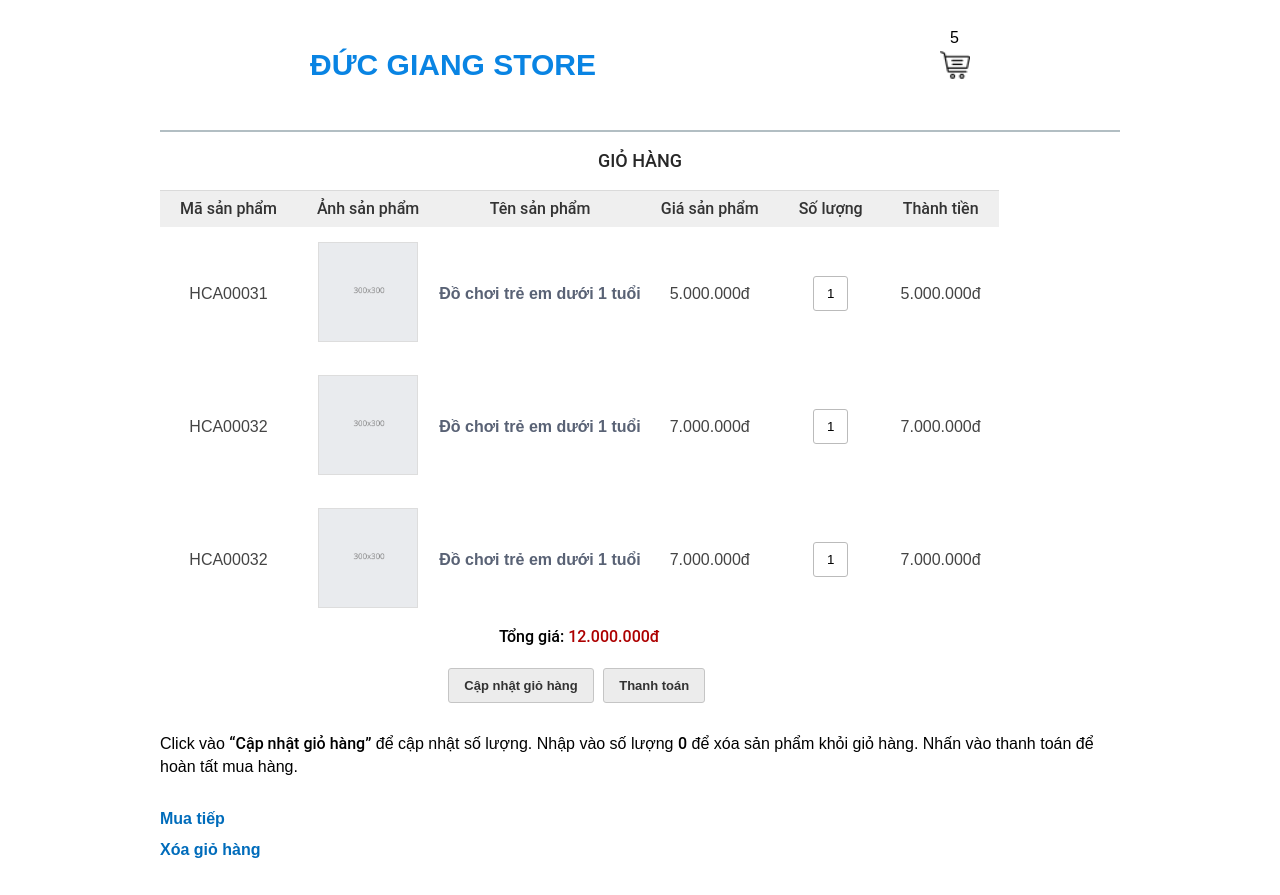
Repository: Giangattt123/PHP
Page: http://localhost/?mod=cart&act=show
An editor plug-in stored every save of this project. The page is shown before and after the next save, followed by the edit.
The browser window is 1280 px wide. The pictures show the whole page.
Some icons come from a web library that is not loaded, so they are not drawn. Some web libraries are served in a nearby version. The page is run by PHP 8.4 with error messages shown; the project is at /var/www/html/.

Above is the page before, as saved 2023-03-22 09:50:49.
Console error: TypeError: Cannot read properties of null (reading 'addEventListener')

### PHP_Shopping-Cart/Shopping_Cart/index.php
<?php
    session_start();
    ob_start();
    require 'data/page.php';
    require 'data/product.php';
    require 'lib/template.php';
    require 'lib/url.php';
    require 'lib/product.php';
    require 'lib/number.php';
    require 'lib/reuse.php';
    require 'lib/pages.php';
    require 'lib/cart.php';

    get_header();
?>
<?php
    $mod = !empty($_GET['mod']) ? $_GET['mod'] : 'home';
    $act = !empty($_GET['act']) ? $_GET['act'] : 'main';
    $path = "modules/{$mod}/{$act}.php";
    if(file_exists($path)){
        require $path;
    }else{

    }
?>
<?php

?>

### PHP_Shopping-Cart/Shopping_Cart/data/page.php
<?php
// Data page
$list_page = array(
    1 => array(
        'id' => 1,
        'page-title' => 'Giới thiệu',
        'create_at' => '08/03/2023' , // timestamp
        'page-content' =>"<p><strong> [Giới thiệu] </strong> Chào mừng đến với trang web bán laptop, PC của ĐỨC GIANG PC! Tại đây, chúng tôi cung cấp cho bạn một loạt các sản phẩm laptop PC chất lượng cao từ các thương hiệu hàng đầu trên thị trường. Chúng tôi cam kết mang đến cho bạn những sản phẩm chất lượng, giá cả hợp lý và dịch vụ chăm sóc khách hàng tốt nhất. Bạn có thể tìm thấy các sản phẩm từ các thương hiệu như Dell, HP, Asus, Lenovo và nhiều hơn nữa. Hãy truy cập trang web của chúng tôi và mua sắm ngay hôm nay để có được chiếc laptop PC tốt nhất cho nhu cầu của bạn. Cảm ơn đã ghé thăm trang web của chúng tôi!</p>"
    ),
    2 => array(
        'id' => 2,
        'page-title' => 'Liên hệ',
        'create_at' => '08/03/2023' , // timestamp
        'page-content' =>"<p><strong> [Liên hệ] </strong> Chúng tôi rất mong nhận được sự phản hồi từ bạn! Nếu bạn có bất kỳ câu hỏi, yêu cầu hoặc góp ý nào, xin vui lòng liên hệ với chúng tôi thông qua trang liên hệ của ĐỨC GIANG PC. Chúng tôi sẵn sàng trợ giúp bạn trong mọi vấn đề liên quan đến sản phẩm. Bạn có thể liên hệ với chúng tôi qua email, điện thoại hoặc mẫu liên hệ trực tuyến. Chúng tôi luôn sẵn sàng lắng nghe và giải quyết mọi thắc mắc của bạn, liên tục cải thiện trang web của mình và cung cấp cho bạn trải nghiệm tốt nhất có thể. Chân thành cảm ơn bạn đã quan tâm đến trang web của ĐỨC GIANG PC và hy vọng sớm nhận được thông tin từ bạn!</p>",
    )
)
?>

### PHP_Shopping-Cart/Shopping_Cart/lib/template.php
<?php
function get_header($version = ''){
    if(!empty($version)){
        $path_header = "inc/header-{$version}.php";
    }else{
        $path_header = "inc/header.php";
    }
    if(file_exists($path_header)){
        require $path_header;
    }else{
        echo "Không tồn tại đường dẫn {$path_header}";
    }
}
function get_footer($version = ''){
    if(!empty($version)){
        $path_footer = "inc/footer-{$version}.php";
    }else{
        $path_footer = "inc/footer.php";
    }
    if(file_exists($path_footer)){
        require $path_footer;
    }else{
        echo "Không tồn tại đường dẫn {$path_footer}";
    }

}
function get_sidebar(){
    require 'inc/sidebar.php';
}
?>

### PHP_Shopping-Cart/Shopping_Cart/lib/url.php
<?php
    function redirect($url = '?page=home'){
        if(!empty($url)){
            header("Location: {$url}");
        }
    }
?>

### PHP_Shopping-Cart/Shopping_Cart/lib/product.php
<?php
    function get_info_cat($cat_id){
        global $list_product_cat;
        if(array_key_exists($cat_id , $list_product_cat)){
            return $list_product_cat[$cat_id];
        }
        return false;
    }
    function get_list_product_by_cat_id($cat_id){
        global $list_product;
        // Mảng chứa ds sp theo cat_id
        $result = array();
        foreach($list_product as $item){
            if($item['cat_id'] == $cat_id){
                $item['url'] = "?mod=product&act=detail&id={$item['id']}";
                $result[] = $item;
            }
        }
        return $result;
    }
    function get_product_by_id($id){
        global $list_product;
        if(array_key_exists($id , $list_product)){
            $list_product[$id]['url_add_cart'] = "?mod=cart&act=add&id={$id}";
            return $list_product[$id];
        }
        return false;
    }
?>

### PHP_Shopping-Cart/Shopping_Cart/lib/number.php
<?php
// Viết hàm chuyển đổi giá tiền của một sản phẩm về đúng định dạng
// Tự xây dựng hàm và sử dụng hàm có sẵn
// Ví dụ 10450000 => 10.450.000
// Build-in function : number_format(number)
// return number_format($number).' '."VND";
// Build
    function currency_format_1($amount){
        $formattedAmount = "";
        $count = 0;
        while($amount > 0) {
            if($count == 3) {
                $formattedAmount = "," . $formattedAmount;
                $count = 0;
            }
            $formattedAmount = chr($amount % 10 + ord('0')) . $formattedAmount;
            $amount =  floor($amount / 10);
            $count++;
        }
        return (int) $formattedAmount;
        // Giang_Pentest
    }
    function currency_format($number){
        return number_format($number).' '."VND";
    }
    //echo currency_format_1();
    // $x = 1500000;
    // echo var_dump($x);
    // $x = 1234;
    // echo var_dump($x);
    // $y = $x / 10;
    // echo $y;
    // echo var_dump($y);
    // function currency_format($number){
    //     return number_format($number).' '."VND";
    // }

?>

### PHP_Shopping-Cart/Shopping_Cart/lib/reuse.php
<?php
     function show_array($data){
        if(is_array($data)){
            echo "<pre>";
            print_r($data);
            echo "</pre>";
        }
    }
?>

### PHP_Shopping-Cart/Shopping_Cart/lib/pages.php
<?php
    function get_page_by_id($id){
        global $list_page;
        if(array_key_exists($id , $list_page)){
            return $list_page[$id];
        }
        return false;
    }

    // function show_array($data){
    //     if(is_array($data)){
    //         echo "<pre>";
    //         print_r($data);
    //         echo "</pre>";
    //     }
    //}
?>

### PHP_Shopping-Cart/Shopping_Cart/lib/cart.php
<?php
    function add_cart($id){
        $item = get_product_by_id($id);
        $qty = 1;
        if(isset($_SESSION['cart']['buy']) && array_key_exists($id , $_SESSION['cart']['buy'])){
            $qty = $_SESSION['cart']['buy'][$id]['qty'] + 1;
        }
        $_SESSION['cart']['buy'][$id] = array(
            'id' => $item['id'],
            'product_title' => $item['product_title'],
            'price' => $item['price'],
            'product_thumb' => $item['product_thumb'],
            'code' => $item['code'],
            'qty' => $qty,
            'sub_total' => ($item['price'] * $qty)
        );// Cập nhật hóa đơn
        // show_array($_SESSION['cart']);
        update_info_cart();
    }

    function update_info_cart(){
        # Thông tin tổng kết của đơn hàng
        $num_order = 0;
        $total = 0;
        foreach($_SESSION['cart']['buy'] as $item){
            $num_order += $item['qty'];
            $total += $item['sub_total'];
        }
        $_SESSION['cart']['info'] = array(
            'num_order' => $num_order,
            'total' => $total
        );
    }
    function get_list_buy_cart(){
        if(isset($_SESSION['cart'])){
            return $_SESSION['cart']['buy'];
        }
    }
?>

### PHP_Shopping-Cart/Shopping_Cart/inc/header.php
<!DOCTYPE html>
<html lang="en">

<head>
    <meta charset="UTF-8">
    <meta http-equiv="X-UA-Compatible" content="IE=edge">
    <meta name="viewport" content="width=device-width, initial-scale=1.0">
    <title>ĐỨC GIANG STORE</title>
    <link rel="stylesheet" href="public/css/reset.css">
    <link rel="stylesheet" href="public/css/style.css">
    <link rel="stylesheet" href="https://cdnjs.cloudflare.com/ajax/libs/font-awesome/6.3.0/css/all.min.css"
        integrity="sha512-SzlrxWUlpfuzQ+pcUCosxcglQRNAq/DZjVsC0lE40xsADsfeQoEypE+enwcOiGjk/bSuGGKHEyjSoQ1zVisanQ=="
        crossorigin="anonymous" referrerpolicy="no-referrer" />
    <script src="public/js/main.js"></script>
</head>

<body>
    <div class="wrapper">
        <div class="wrapper-content">
            <div class="header">
                <div class="header-content">
                    <div class="item-left">
                        <a href="" class="logo">ĐỨC GIANG STORE</a>
                    </div>
                    <div class="item-right">
                        <div class="cart">
                            <a href="?mod=cart&act=show" class="cart-icon">
                                <img src="public/images/icon-cart.png" alt="Icon_Cart" class="icon-image">
                            </a>
                            <span class="cart-number">5</span>
                        </div>
                    </div>
                </div>
            </div>
            <!-- end header -->

### PHP_Shopping-Cart/Shopping_Cart/modules/cart/show.php
<!-- # File xử lí => Xem chi tiết sản phẩm -->
<?php
    // get_header();
    $list_buy = get_list_buy_cart();
    show_array($list_buy);
?>
<div id="main-content-wp" class="cart-page">
    <div class="section" id="breadcrumb-wp">
        <div class="wp-inner">
            <div class="section-detail">
                <h3 class="title">Giỏ hàng</h3>
            </div>
        </div>
    </div>
    <div id="wrapper" class="wp-inner clearfix">
        <div class="section" id="info-cart-wp">
            <div class="section-detail table-responsive">
                <table class="table">
                    <thead>
                        <tr>
                            <td>Mã sản phẩm</td>
                            <td>Ảnh sản phẩm</td>
                            <td>Tên sản phẩm</td>
                            <td>Giá sản phẩm</td>
                            <td>Số lượng</td>
                            <td colspan="2">Thành tiền</td>
                        </tr>
                    </thead>
                    <tbody>
                        <tr>
                            <td>HCA00031</td>
                            <td>
                                <a href="" title="" class="thumb">
                                    <img src="public/images/img-product.png" alt="">
                                </a>
                            </td>
                            <td>
                                <a href="" title="" class="name-product">Đồ chơi trẻ em dưới 1 tuổi</a>
                            </td>
                            <td>5.000.000đ</td>
                            <td>
                                <input type="text" name="num-order" value="1" class="num-order">
                            </td>
                            <td>5.000.000đ</td>
                            <td>
                                <a href="" title="" class="del-product"><i class="fa fa-trash-o"></i></a>
                            </td>
                        </tr>
                        <tr>
                            <td>HCA00032</td>
                            <td>
                                <a href="" title="" class="thumb">
                                    <img src="public/images/img-product.png" alt="">
                                </a>
                            </td>
                            <td>
                                <a href="" title="" class="name-product">Đồ chơi trẻ em dưới 1 tuổi</a>
                            </td>
                            <td>7.000.000đ</td>
                            <td>
                                <input type="text" name="num-order" value="1" class="num-order">
                            </td>
                            <td>7.000.000đ</td>
                            <td>
                                <a href="" title="" class="del-product"><i class="fa fa-trash-o"></i></a>
                            </td>
                        </tr>
                        <tr>
                            <td>HCA00032</td>
                            <td>
                                <a href="" title="" class="thumb">
                                    <img src="public/images/img-product.png" alt="">
                                </a>
                            </td>
                            <td>
                                <a href="" title="" class="name-product">Đồ chơi trẻ em dưới 1 tuổi</a>
                            </td>
                            <td>7.000.000đ</td>
                            <td>
                                <input type="text" name="num-order" value="1" class="num-order">
                            </td>
                            <td>7.000.000đ</td>
                            <td>
                                <a href="" title="" class="del-product"><i class="fa fa-trash-o"></i></a>
                            </td>
                        </tr>
                    </tbody>
                    <tfoot>
                        <tr>
                            <td colspan="7">
                                <div class="clearfix">
                                    <p id="total-price" class="fl-right">Tổng giá: <span>12.000.000đ</span></p>
                                </div>
                            </td>
                        </tr>
                        <tr>
                            <td colspan="7">
                                <div class="clearfix">
                                    <div class="fl-right">
                                        <a href="" title="" id="update-cart">Cập nhật giỏ hàng</a>
                                        <a href="?page=checkout" title="" id="checkout-cart">Thanh toán</a>
                                    </div>
                                </div>
                            </td>
                        </tr>
                    </tfoot>
                </table>
            </div>
        </div>
        <div class="section" id="action-cart-wp">
            <div class="section-detail">
                <p class="title">Click vào <span>“Cập nhật giỏ hàng”</span> để cập nhật số lượng. Nhập vào số lượng
                    <span>0</span> để xóa sản phẩm khỏi giỏ hàng. Nhấn vào thanh toán để hoàn tất mua hàng.
                </p>
                <a href="?page=home" title="" id="buy-more">Mua tiếp</a><br />
                <a href="" title="" id="delete-cart">Xóa giỏ hàng</a>
            </div>
        </div>
    </div>
</div>
<?php
    get_footer();
?>

### PHP_Shopping-Cart/Shopping_Cart/inc/footer.php
<div class="footer">

</div>
<!-- end footer -->
</div>
</div>


</body>

</html>

### PHP_Shopping-Cart/Shopping_Cart/public/css/style.css
* {
  box-sizing: border-box;
}
html {
  font-size: 62.5%;
}
body {
  font-family: "Poppins", sans-serif;
  font-size: 1.6rem;
  font-weight: normal;
}
img {
  display: block;
  max-width: 100%;
}
.header-content {
  display: flex;
  justify-content: space-between;
  margin-left: 150px;
  margin-right: 150px;
  padding: 50px 0px;
  /* border-bottom: 1px solid #f00; */
}
.item-left .logo {
  font-size: 3rem;
  color: #0984e3;
  font-weight: bold;
}
.cart {
  position: relative;
  display: flex;
  align-items: center;
}
.cart .cart-icon .icon-image {
  width: 30px;
  height: 30px;
}
.cart .cart-number {
  position: absolute;
  top: -20px;
  left: 10px;
}
.header {
  border-bottom: 2px solid #b2bec3;
}
.content-container {
  display: flex;
}
.menu-select {
  width: 18%;
  margin-left: 150px;
  font-size: 2rem;
  /* margin-top: 30px; */
  border-right: 2px solid #b2bec3;
  min-height: 100%;
}
.menu-content {
  width: 80%;
  margin-top: 30px;
  margin-left: 30px;
  margin-right: 150px;
}
.menu-select ul.menu li:not(:first-child) {
  margin-top: 15px;
  color: #0984e3;
}
.menu {
  margin-top: 30px;
}
a {
  color: #596275;
  font-weight: bold;
}
a.active:active,
a.active:focus {
  color: plum;
}
h3.section-title {
  font-size: 2rem;
  font-weight: bold;
  margin-bottom: 20px;
}
p.create-date {
  margin-bottom: 20px;
}
.contents-news {
  line-height: 1.4;
}
p,
p.section-desc,
p.price,
p.code,
p.desc_product {
  margin-bottom: 20px;
  line-height: 1.4;
}
ul.clearfix {
  display: flex;
}
li.fix {
  margin-right: 20px;
}
a.title_product {
  margin-top: 20px;
  display: block;
}
p.price {
  margin-top: 20px;
  color: #d63031;
}
.detail_product_head {
  display: flex;
}
p.code,
p.desc_product {
  font-weight: bold;
  font-size: 1.5rem;
}
.button {
  --color: #6a5af9;
  font-family: "Poppins", sans-serif;
  color: #000;
  padding: 15px 30px;
  border-radius: 4px;
  /* background-color: transparent; */
  cursor: pointer;
  font-weight: 500;
  outline: none;
  border: 1px solid var(--color);
  font-size: 16px;
  position: relative;
  isolation: isolate;
}

.button:before {
  content: "";
  height: 100%;
  width: 0;
  position: absolute;
  top: 0;
  left: 0;
  background-color: var(--color);
  z-index: -1;
  transition: width 0.25s ease-in;
}

.button:hover:before {
  width: 100%;
}
/*CART*/
.table > tfoot > tr > td {
  border-top: none !important;
}
#info-cart-wp table tr td {
  display: table-cell;
  vertical-align: middle;
  text-align: center;
  white-space: nowrap;
}
#info-cart-wp table thead tr td {
  font-family: "Roboto Medium";
  padding: 10px 20px;
  color: #333;
  border: 0;
}
#info-cart-wp table tbody tr td {
  color: #444;
  padding: 15px 0px;
}
#info-cart-wp table tbody tr td .num-order {
  width: 35px;
  height: 35px;
  line-height: 35px;
  text-align: center;
  border: 1px solid #bbb;
  border-radius: 3px;
}
#info-cart-wp table tbody tr td .thumb {
  display: inline-block;
  width: 100px;
  height: 100px;
  overflow: hidden;
  border: 1px solid #ddd;
}
#checkout-cart,
#update-cart {
  display: inline-block;
  color: #333;
  background: #ececec;
  border: 1px solid #c5c5c5;
  padding: 10px 15px;
  margin-right: 5px;
  font-size: 13px;
  border-radius: 3px;
}
#checkout-cart:hover,
#update-cart:hover {
  background: #d0d0d0;
}
#info-cart-wp table tfoot tr td #action-cart a:nth-child(2) {
  margin-right: 0;
}
#total-price {
  font-family: "Roboto Medium";
  font-weight: normal;
}
#total-price span {
  color: #ad0000;
}
#action-cart-wp {
  padding: 30px 0px;
}
#action-cart-wp .title {
  padding-bottom: 5px;
}
#action-cart-wp .section-detail .title span {
  font-family: "Roboto Medium";
  font-weight: normal;
}
#action-cart-wp a {
  display: inline-block;
  padding: 5px 0px;
  color: #006cbb;
  line-height: 21px;
}
.cart-page #breadcrumb-wp .title {
  display: block;
  padding: 20px 0px;
  font-family: "Roboto Medium";
  text-transform: uppercase;
  font-size: 18px;
  color: #272727;
  text-align: center;
}
#info-cart-wp .table thead {
  background: #efefef;
  border-top: 1px solid #dadada;
}
.wrapper {
  margin: 0 auto;
  width: 960px;
}

Loaded but not shown: PHP_Shopping-Cart/Shopping_Cart/public/css/reset.css (common file); PHP_Shopping-Cart/Shopping_Cart/public/js/main.js (31 lines, source omitted); PHP_Shopping-Cart/Shopping_Cart/data/product.php (75 lines, source omitted)

After the next save:
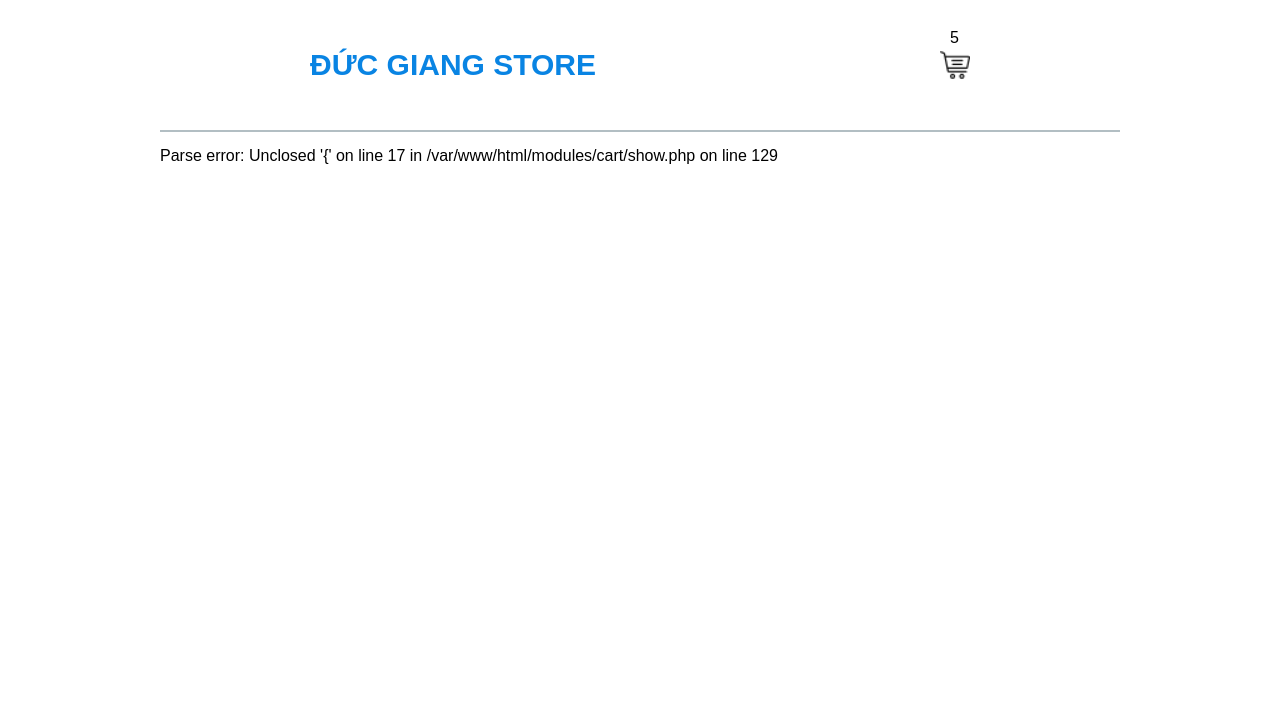
Saved 34 h 36 min later.
--- a/PHP_Shopping-Cart/Shopping_Cart/modules/cart/show.php
+++ b/PHP_Shopping-Cart/Shopping_Cart/modules/cart/show.php
@@ -13,6 +13,9 @@
         </div>
     </div>
     <div id="wrapper" class="wp-inner clearfix">
+        <?php
+            if(!empty($list_buy)){
+                ?>
         <div class="section" id="info-cart-wp">
             <div class="section-detail table-responsive">
                 <table class="table">
@@ -108,6 +111,9 @@
             </div>
         </div>
         <div class="section" id="action-cart-wp">
+            }
+            ?>
+
             <div class="section-detail">
                 <p class="title">Click vào <span>“Cập nhật giỏ hàng”</span> để cập nhật số lượng. Nhập vào số lượng
                     <span>0</span> để xóa sản phẩm khỏi giỏ hàng. Nhấn vào thanh toán để hoàn tất mua hàng.

After the save that followed:
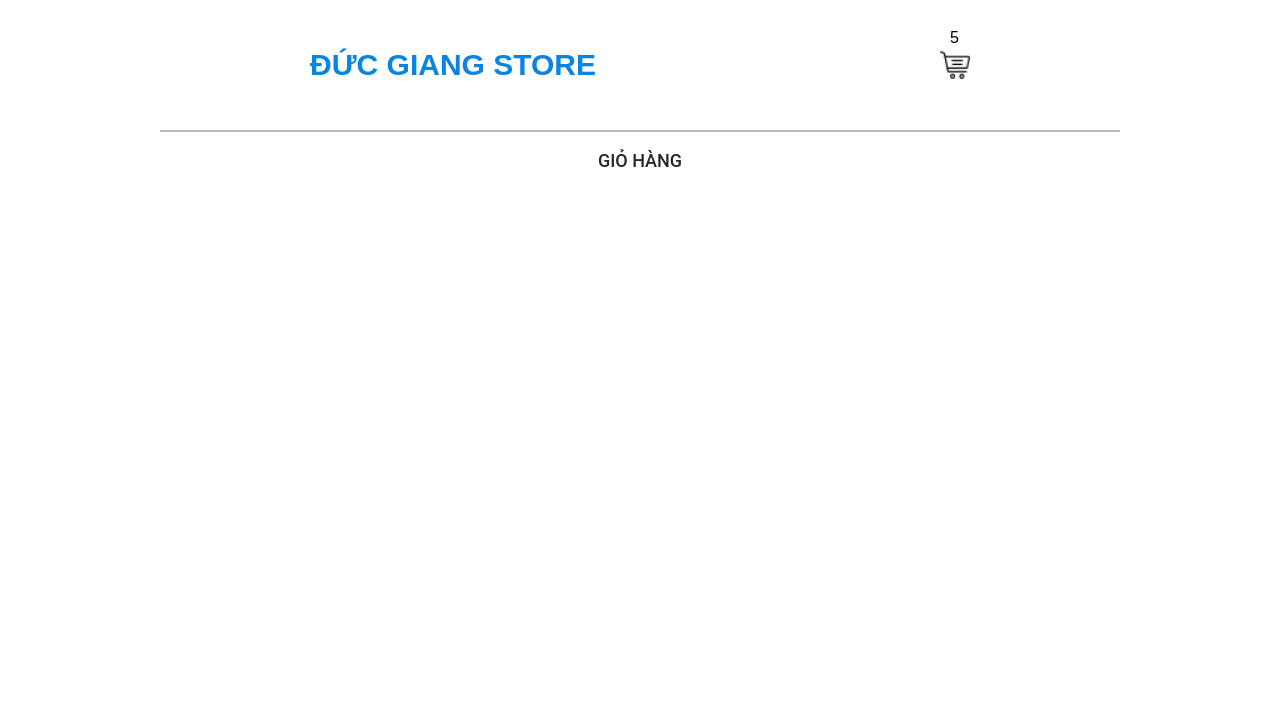
Saved 34 s later.
--- a/PHP_Shopping-Cart/Shopping_Cart/modules/cart/show.php
+++ b/PHP_Shopping-Cart/Shopping_Cart/modules/cart/show.php
@@ -111,9 +111,6 @@
             </div>
         </div>
         <div class="section" id="action-cart-wp">
-            }
-            ?>
-
             <div class="section-detail">
                 <p class="title">Click vào <span>“Cập nhật giỏ hàng”</span> để cập nhật số lượng. Nhập vào số lượng
                     <span>0</span> để xóa sản phẩm khỏi giỏ hàng. Nhấn vào thanh toán để hoàn tất mua hàng.
@@ -121,6 +118,10 @@
                 <a href="?page=home" title="" id="buy-more">Mua tiếp</a><br />
                 <a href="" title="" id="delete-cart">Xóa giỏ hàng</a>
             </div>
+            <?php }
+            ?>
+
+
         </div>
     </div>
 </div>
